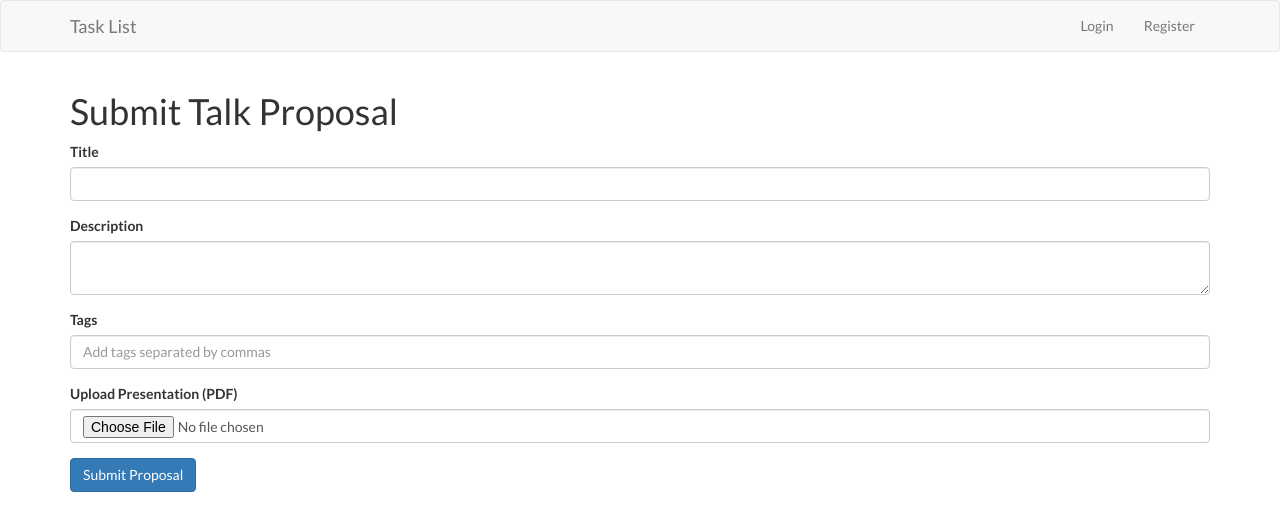
Repository: Sonu1707/event-management-system
Page: http://localhost/proposals/create
The author's editor kept a copy of each file at every save. The page is drawn from the files as they stood at one save, then again after the next save.
The browser window is 1280 px wide. The pictures show the whole page.
Some web libraries are served in a nearby version. The page is served by the project's Laravel application, run on PHP 8.4 with Laravel 12.

Above is the page before, as saved 2025-02-13 10:05:01.

After the next save:
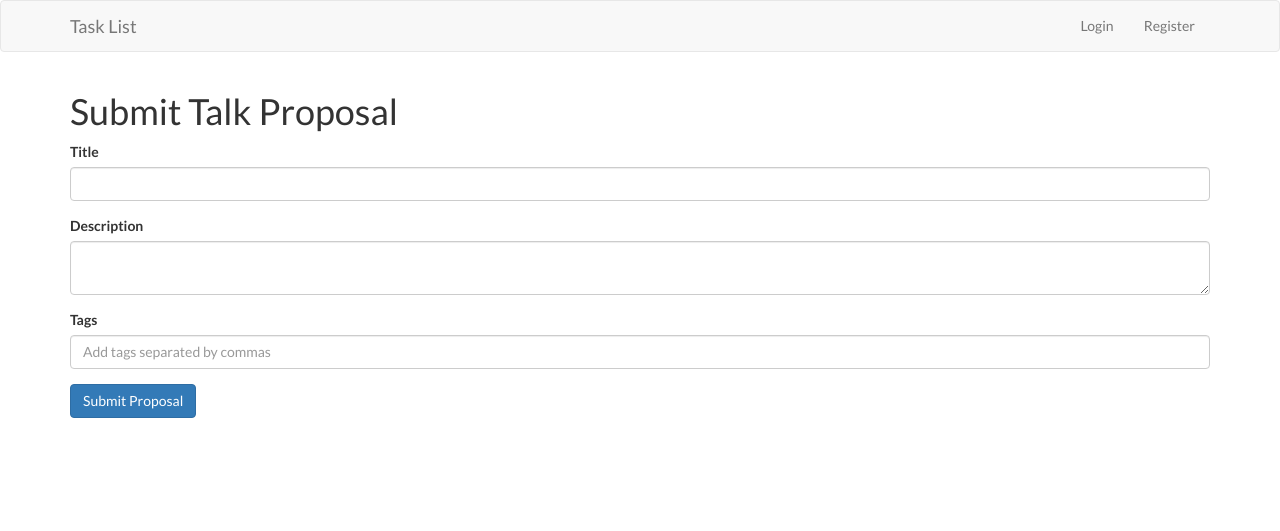
Saved 3 min 19 s later.
--- a/resources/views/proposals/create.blade.php
+++ b/resources/views/proposals/create.blade.php
@@ -17,10 +17,7 @@
             <label for="tags">Tags</label>
             <input type="text" name="tags[]" class="form-control" placeholder="Add tags separated by commas">
         </div>
-        <div class="form-group">
-            <label for="file">Upload Presentation (PDF)</label>
-            <input type="file" name="file" class="form-control" required>
-        </div>
+
         <button type="submit" class="btn btn-primary">Submit Proposal</button>
     </form>
 </div>
